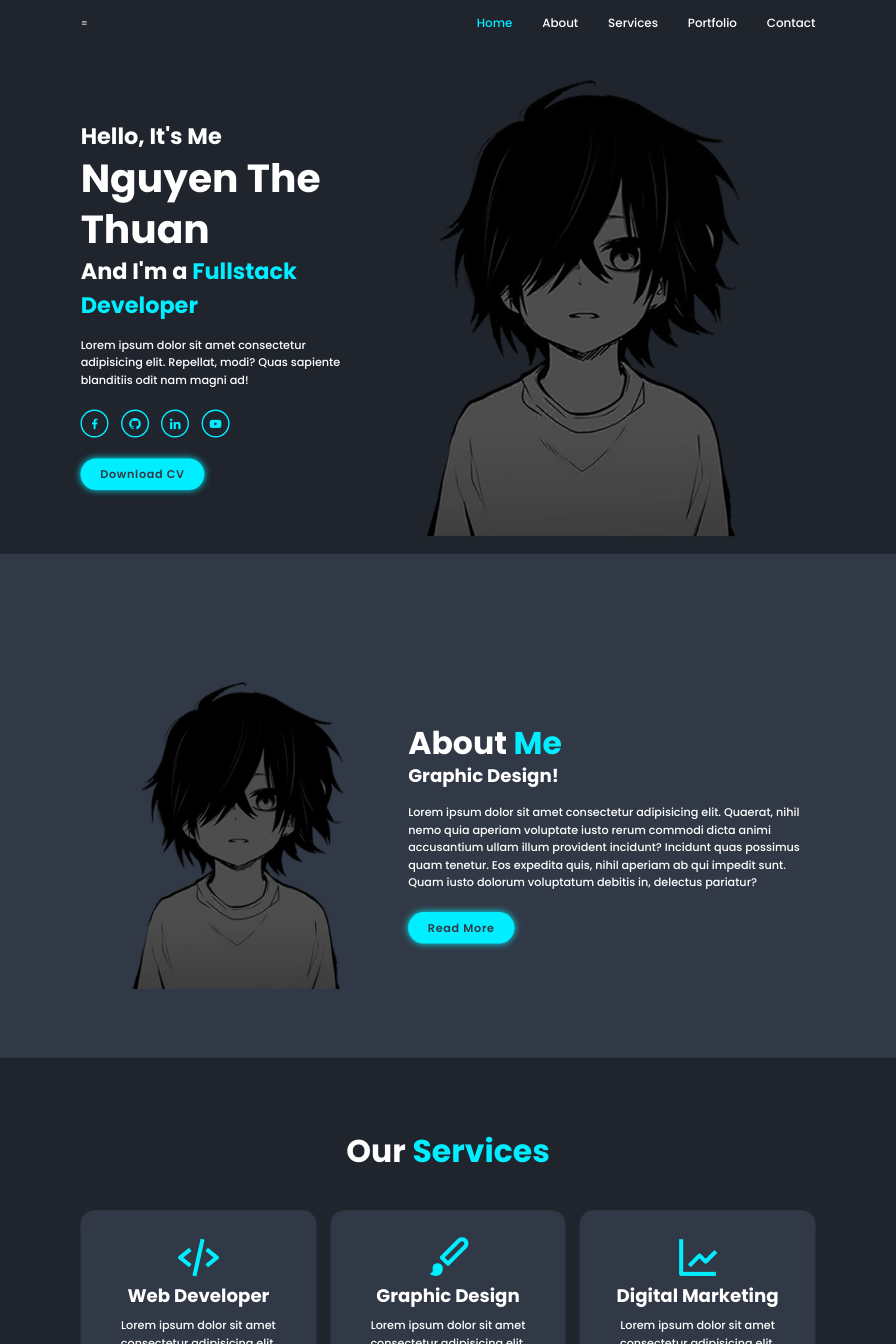
Repository: nguyenthethuan2004/portfolio
Page: index.html
The author's editor kept a copy of each file at every save. The page is drawn from the files as they stood at one save, then again after a run of saves.
The browser window is 1280 px wide. The pictures show the part of the page from y = 0 to 1920 px (the page is 3777 px tall), at 70% of full size.

Above is the page before, as saved 2023-10-03 19:03:32.

After the next 2 saves:
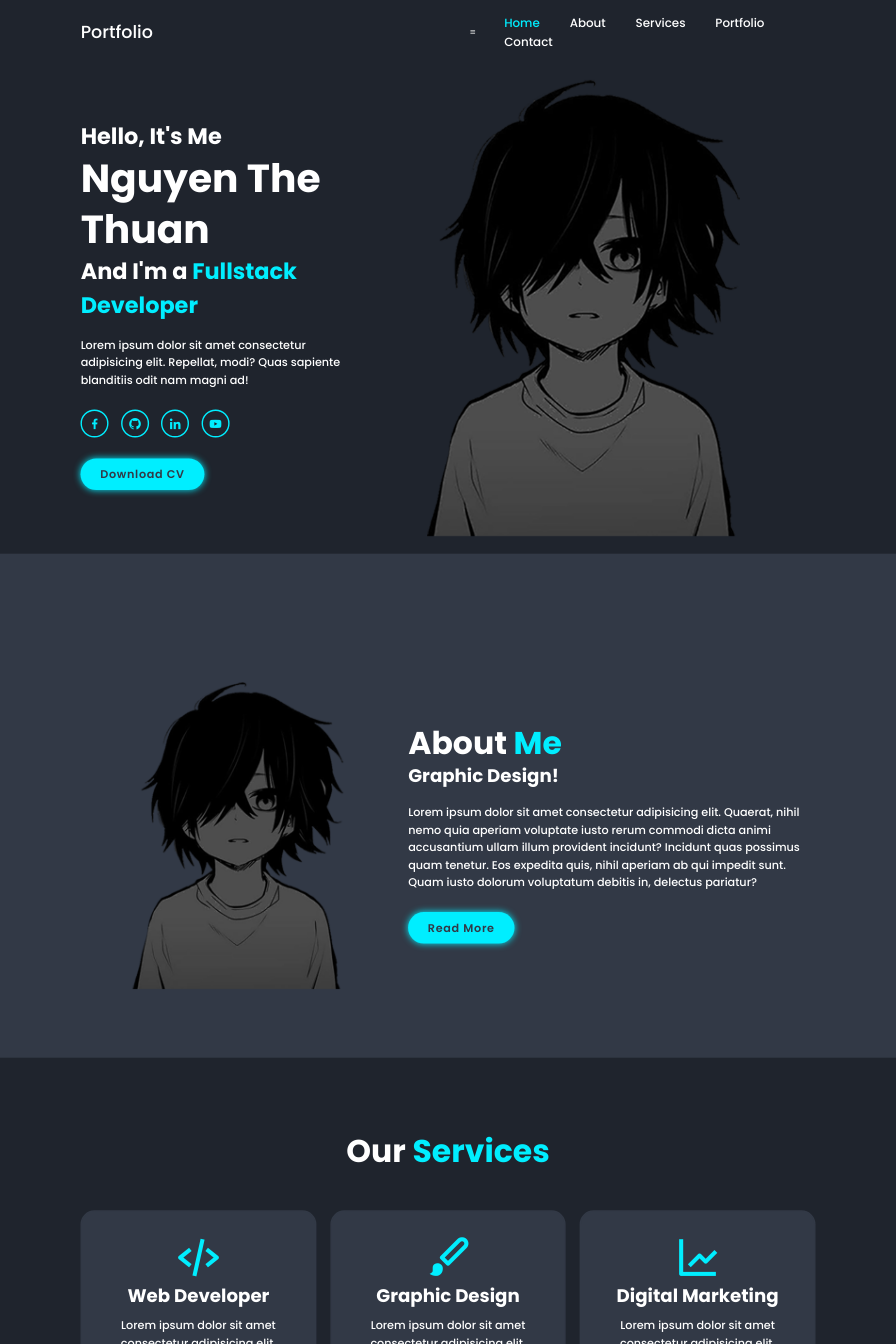
The 2 saves are shown as one change because they came seconds apart.
The last was saved 47 s later.
--- a/css/style.css
+++ b/css/style.css
@@ -68,7 +68,7 @@ section {
     color: var(--main-color);
 }
 
-#menu-icon {
+#menu--icon {
     font-size: 3.6rem;
     color: var(--text-color);
     display: none;

After the save that followed:
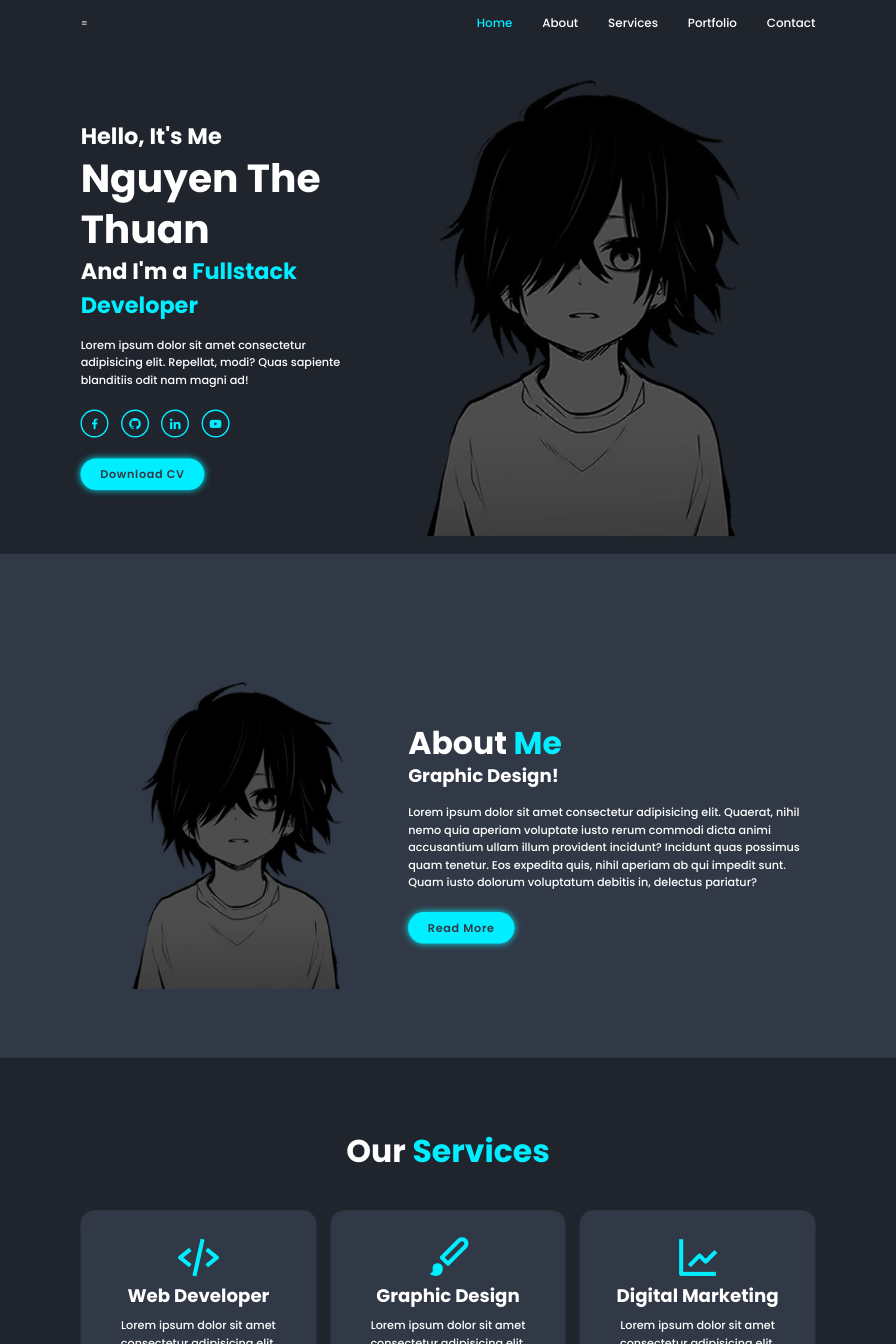
Console error: TypeError: Cannot set properties of null (setting 'onclick')
Saved 8 s later.
--- a/index.html
+++ b/index.html
@@ -21,7 +21,7 @@
     <!-- header design -->
 
     <header class="header">
-      <a href="#" class="logo" id="menu-icon">Portfolio</a>
+      <a href="#" class="logo" id="menu--icon">Portfolio</a>
 
       <i class='bx bx-menu' ></i>
 
